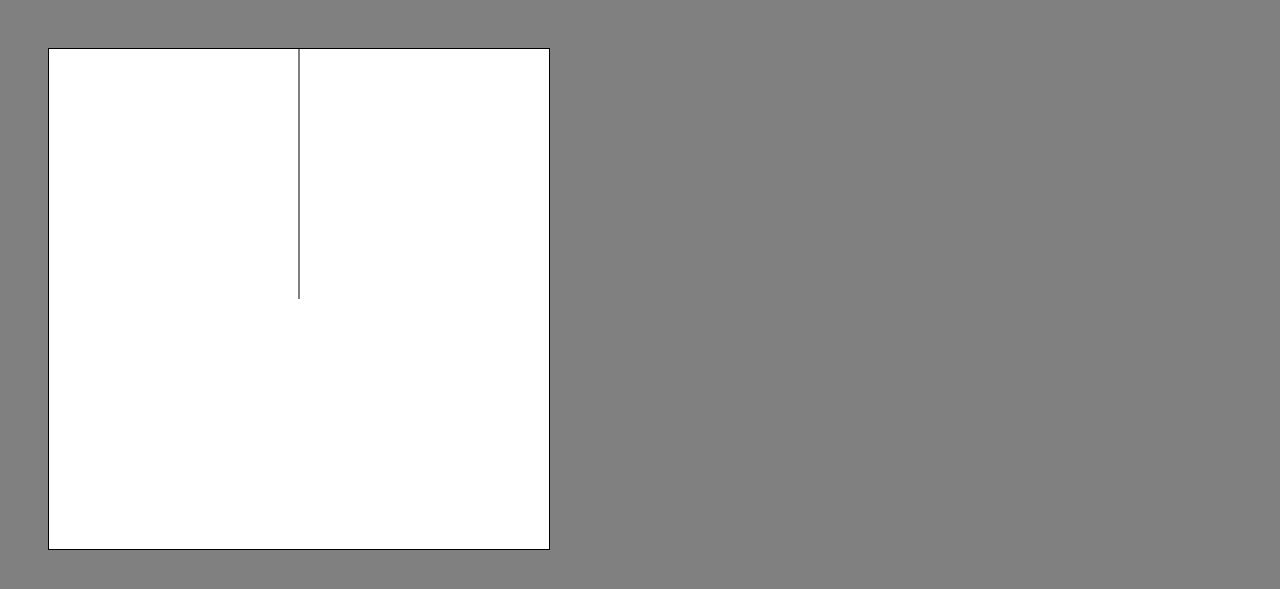
Repository: albinsabu2023/Stopwatch-program
Page: index.html
These files come from the project's save history. The page is drawn as it stood at one moment and after the next save; the edit follows.
The browser window is 1280 px wide. The pictures show the whole page.

Above is the page before, as saved 2023-03-03 20:32:14.

### index.html
<!DOCTYPE html>

<head>
    <meta charset="UTF-8">
    <meta http-equiv="X-UA-Compatible" content="IE=edge">
    <meta name="viewport" content="width=device-width, initial-scale=1.0">
    <link rel="stylesheet" href="style.css">
    <title>Document</title>
</head>

   <canvas id ="canvas" width="500" height="500"></canvas>
    <script src="index.js"></script>
</body>
</html>

### style.css
body{
color:white;
background-color: gray;
}

#canvas{
    border:1px solid black;
    background-color: white;
    margin: 40px;

}

### index.js
//canvas api

let can = document.getElementById("canvas");
let context = can.getContext("2d");
context.beginPath();
context.moveTo(250, 0);
context.lineTo(250, 250);
context.stroke();

After the next save:
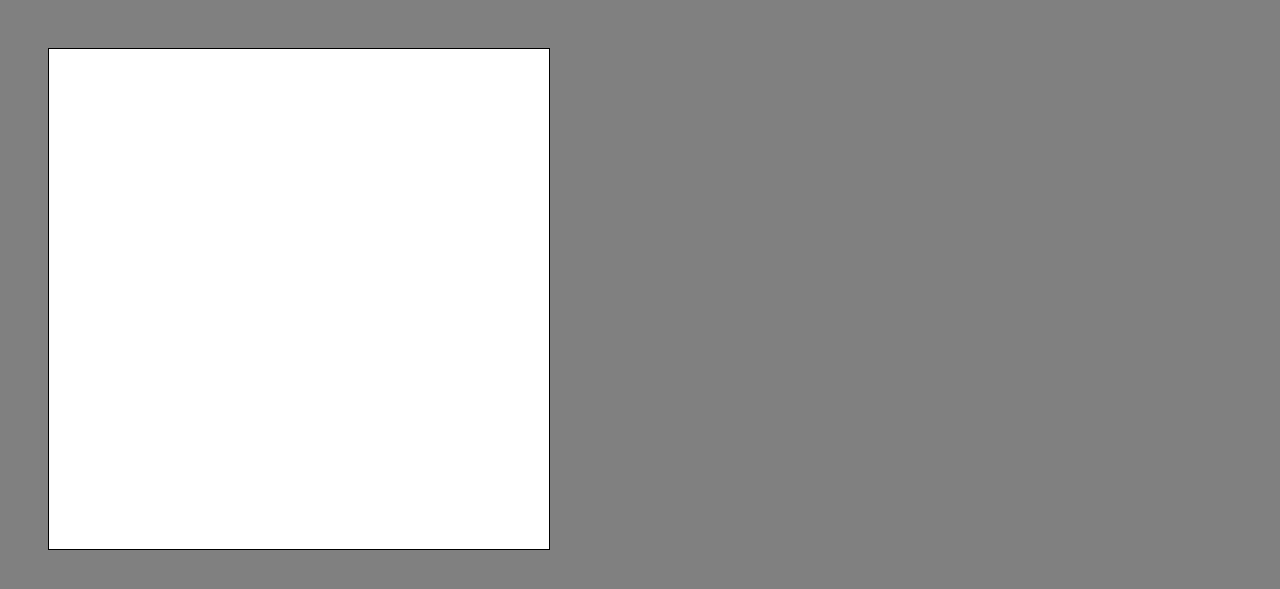
Saved 6 s later.
--- a/index.js
+++ b/index.js
@@ -3,6 +3,6 @@
 let can = document.getElementById("canvas");
 let context = can.getContext("2d");
 context.beginPath();
-context.moveTo(250, 0);
+context.moveTo(250, 250);
 context.lineTo(250, 250);
 context.stroke();
